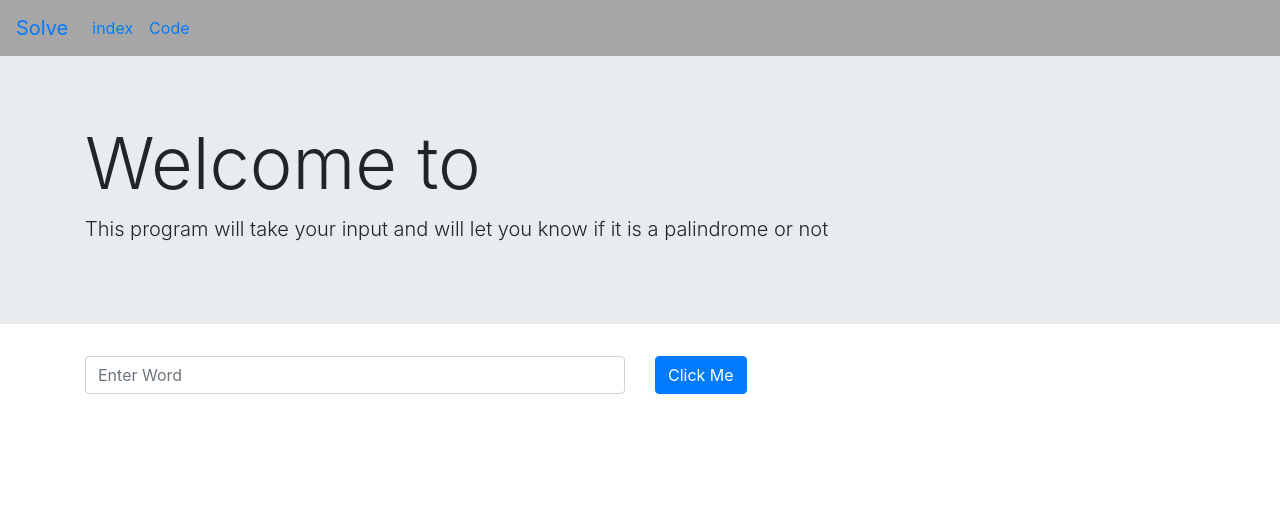
Repository: zhadjah9559/TacocatGrammar
Page: solve.html
An editor plug-in stored every save of this project. The page is shown before and after the next save, followed by the edit.
The browser window is 1280 px wide. The pictures show the whole page.

Above is the page before, as saved 2021-01-11 23:32:51.

After the next save:
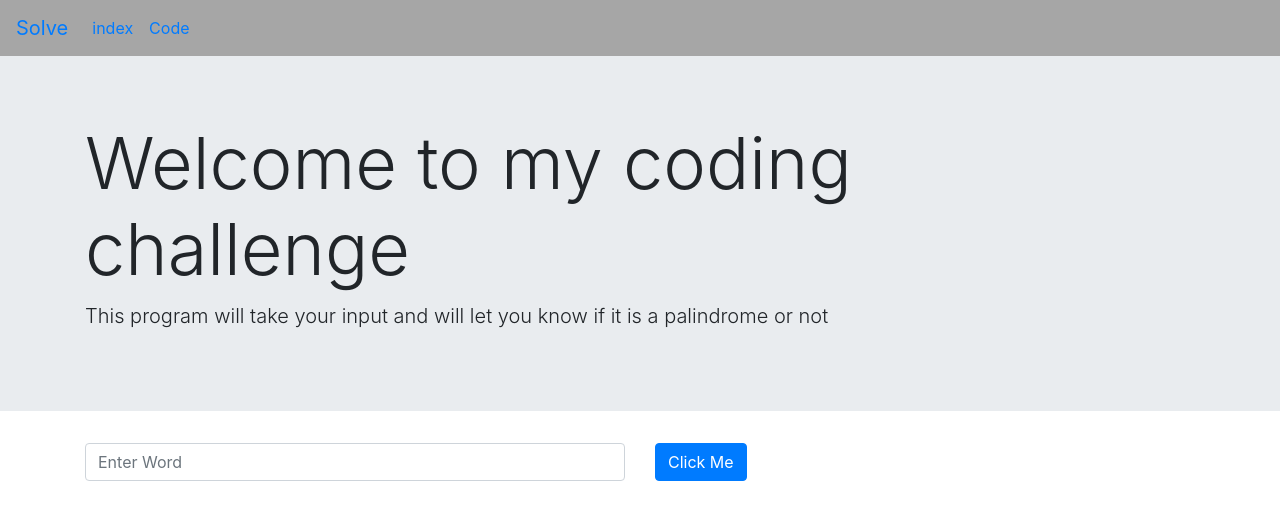
Saved 4 s later.
--- a/solve.html
+++ b/solve.html
@@ -31,7 +31,7 @@
 
     <div class="jumbotron jumbotron-fluid">
         <div class="container">
-            <h1 class="display-3">Welcome to</h1>
+            <h1 class="display-3">Welcome to my coding challenge </h1>
             <p class="lead">This program will take your input and will let you know if it is a palindrome or not</p>
         </div>
     </div>
